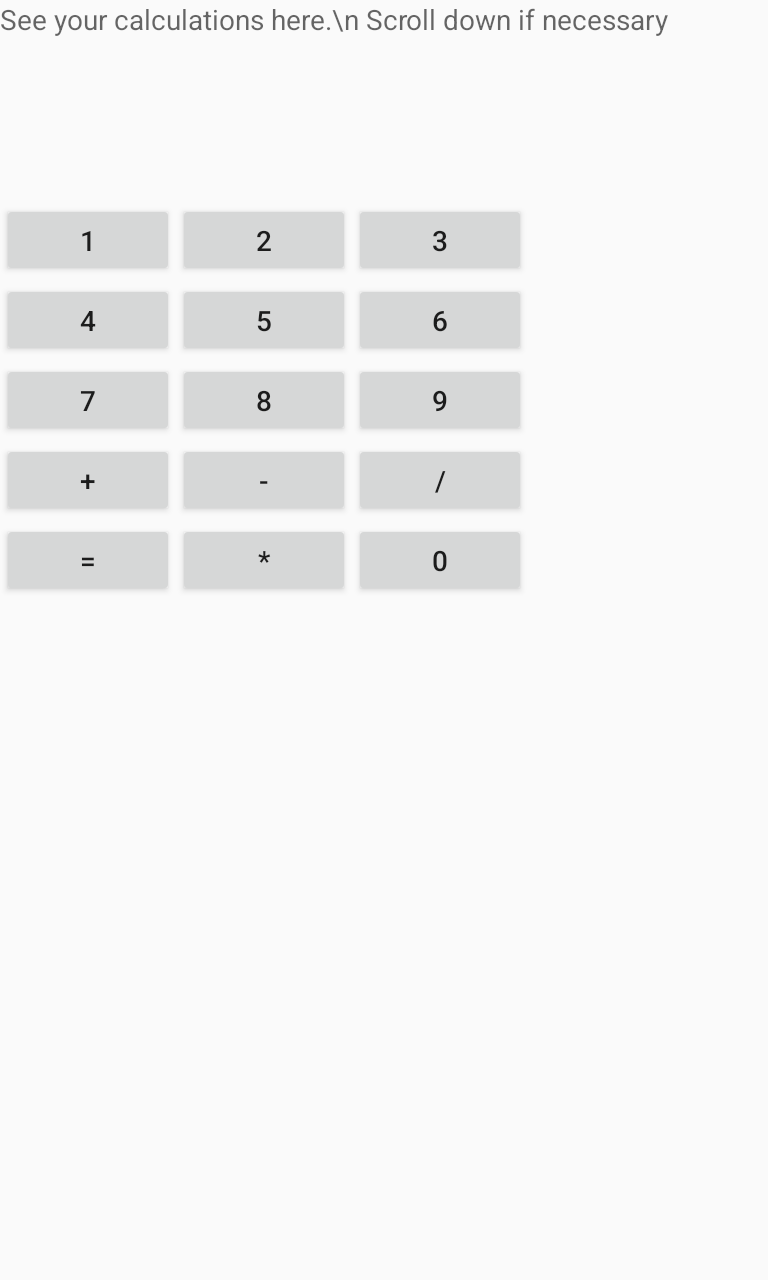
Repository: apoorvelec/AndroidApps
Layout: Calculator/res/layout/activity_main.xml
An editor plug-in stored every save of this project. The layout is shown before and after the next save, followed by the edit.
It is drawn on a 768 x 1280 px phone screen (xhdpi) without system bars, with theme AppTheme; the app's code is not run.

Above is the layout before, as saved 2016-05-22 01:01:35.

After the next save:
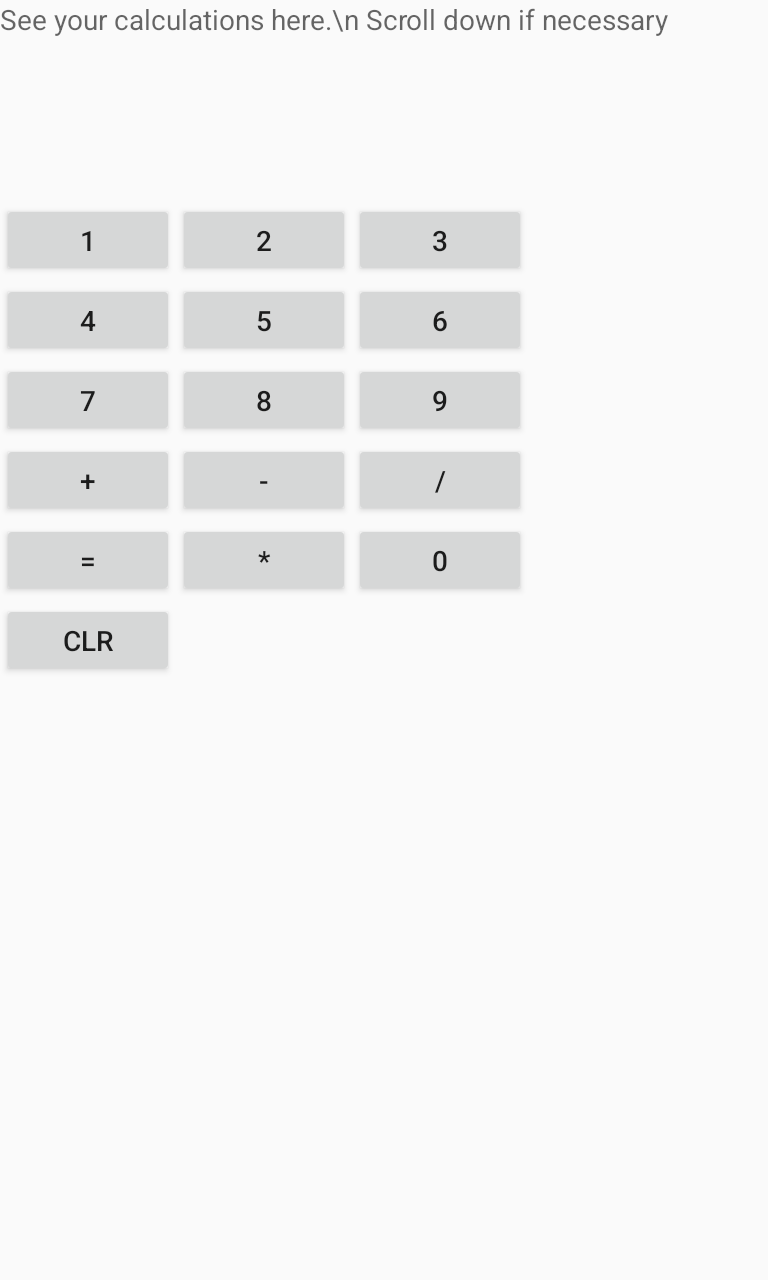
Saved 53 s later.
--- a/Calculator/res/layout/activity_main.xml
+++ b/Calculator/res/layout/activity_main.xml
@@ -111,7 +111,9 @@
       android:text="0"
       android:onClick="buttonClick" />
    </LinearLayout>
-   <LinearLayout>
+   <LinearLayout android:layout_width="fill_parent"
+   android:layout_height="40dp"
+   android:orientation="horizontal" >
        <Button android:id="@+id/button16"
            android:layout_width="wrap_content"
            android:layout_height="wrap_content"
